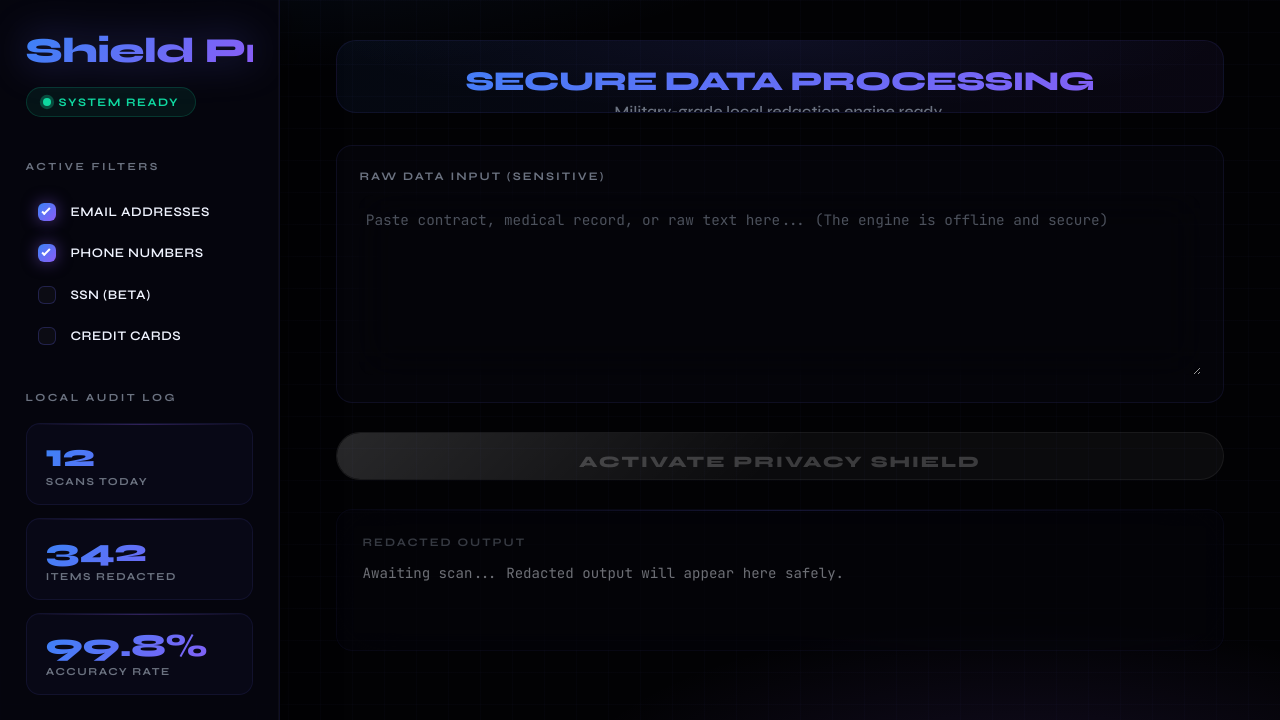
Repository: rrslt6d3/aditya-privacy-shield
Page: /
These files come from the project's save history. The page is drawn as it stood at one moment and after the next save; the edit follows.
The browser window is 1280 px wide. The pictures show the whole page.
The project was rebuilt for these pictures with package versions that can differ from the ones it lists, and the page was loaded fresh each time. Also part of the build but not shown: vite.config.ts.

Above is the page before, as saved 2026-02-22 19:00:55.

After the next save:
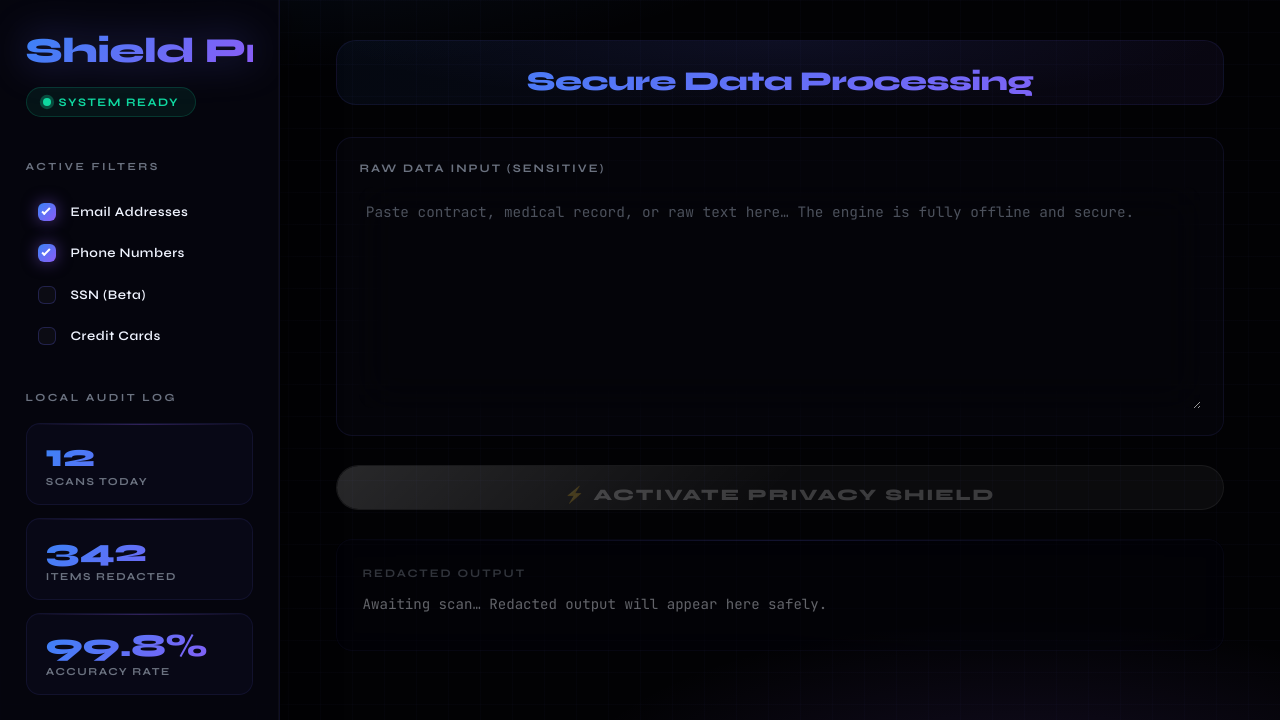
Saved 63 s later.
--- a/src/App.tsx
+++ b/src/App.tsx
@@ -13,9 +13,11 @@
     if (this.state.hasError) {
       return (
         <div className="enterprise-layout" style={{ justifyContent: 'center', alignItems: 'center' }}>
-          <div className="panel" style={{ textAlign: 'center', padding: '3rem', background: 'rgba(255,0,0,0.1)', border: '1px solid red' }}>
-            <h2 style={{color: 'red'}}>System Critical Error</h2>
-            <button className="glow-button" onClick={() => this.setState({ hasError: false })} style={{background: 'red'}}>Reboot Engine</button>
+          <div style={{ textAlign: 'center', padding: '3rem', background: 'rgba(248,113,113,0.08)', border: '1px solid rgba(248,113,113,0.3)', borderRadius: 20 }}>
+            <h2 style={{ color: '#f87171', marginBottom: '1.5rem' }}>System Critical Error</h2>
+            <button className="glow-button" onClick={() => this.setState({ hasError: false })} style={{ background: 'linear-gradient(135deg,#ef4444,#b91c1c)', width: 'auto', padding: '0.8rem 2rem' }}>
+              Reboot Engine
+            </button>
           </div>
         </div>
       );
@@ -28,15 +30,9 @@
   const [text, setText] = useState("");
   const [secureText, setSecureText] = useState("");
   const [status, setStatus] = useState("SYSTEM READY");
-
   const [isScanning, setIsScanning] = useState(false);
   const [metrics, setMetrics] = useState({ files: 12, points: 342, accuracy: 99.8 });
-  const [toggles, setToggles] = useState({
-    email: true,
-    phone: true,
-    ssn: false,
-    cc: false
-  });
+  const [toggles, setToggles] = useState({ email: true, phone: true, ssn: false, cc: false });
 
   const handleToggle = (key: keyof typeof toggles) => {
     setToggles(prev => ({ ...prev, [key]: !prev[key] }));
@@ -45,12 +41,11 @@
   const generateCompliancePDF = () => {
     const doc = new jsPDF();
     const currentDate = new Date().toLocaleString();
-
     const auditHash = Array.from(crypto.getRandomValues(new Uint8Array(32)))
       .map(b => b.toString(16).padStart(2, '0')).join('');
 
     doc.setFontSize(22);
-    doc.setTextColor(0, 85, 255); // Deep Electric Blue
+    doc.setTextColor(59, 130, 246);
     doc.text("COMPLIANCE AUDIT CERTIFICATE", 20, 30);
 
     doc.setFontSize(12);
@@ -105,71 +100,67 @@
 
   return (
     <div className="enterprise-layout">
+      {/* ── SIDEBAR ── */}
       <aside className="sidebar">
         <div className="brand-zone">
           <h1>Shield Pro</h1>
           <div className="status-badge">
-            <span className="pulse-dot"></span> {status}
+            <span className="pulse-dot"></span>
+            {status}
           </div>
         </div>
 
         <div className="sidebar-section">
-          <h3>ACTIVE FILTERS</h3>
+          <h3>Active Filters</h3>
           <div className="toggle-list">
-            <label className="custom-checkbox">
-              <input type="checkbox" checked={toggles.email} onChange={() => handleToggle('email')} />
-              <span className="checkmark"></span>
-              EMAIL ADDRESSES
-            </label>
-            <label className="custom-checkbox">
-              <input type="checkbox" checked={toggles.phone} onChange={() => handleToggle('phone')} />
-              <span className="checkmark"></span>
-              PHONE NUMBERS
-            </label>
-            <label className="custom-checkbox">
-              <input type="checkbox" checked={toggles.ssn} onChange={() => handleToggle('ssn')} />
-              <span className="checkmark"></span>
-              SSN (BETA)
-            </label>
-            <label className="custom-checkbox">
-              <input type="checkbox" checked={toggles.cc} onChange={() => handleToggle('cc')} />
-              <span className="checkmark"></span>
-              CREDIT CARDS
-            </label>
+            {[
+              { key: 'email' as const, label: 'Email Addresses' },
+              { key: 'phone' as const, label: 'Phone Numbers' },
+              { key: 'ssn'   as const, label: 'SSN (Beta)' },
+              { key: 'cc'    as const, label: 'Credit Cards' },
+            ].map(({ key, label }) => (
+              <label key={key} className="custom-checkbox">
+                <input type="checkbox" checked={toggles[key]} onChange={() => handleToggle(key)} />
+                <span className="checkmark"></span>
+                {label}
+              </label>
+            ))}
           </div>
         </div>
 
         <div className="sidebar-section audit-log">
-          <h3>LOCAL AUDIT LOG</h3>
+          <h3>Local Audit Log</h3>
           <div className="metric-card">
             <span className="metric-value">{metrics.files}</span>
-            <span className="metric-name">SCANS TODAY</span>
+            <span className="metric-name">Scans Today</span>
           </div>
           <div className="metric-card">
             <span className="metric-value">{metrics.points}</span>
-            <span className="metric-name">ITEMS REDACTED</span>
+            <span className="metric-name">Items Redacted</span>
           </div>
           <div className="metric-card">
             <span className="metric-value">{metrics.accuracy}%</span>
-            <span className="metric-name">ACCURACY RATE</span>
+            <span className="metric-name">Accuracy Rate</span>
           </div>
         </div>
       </aside>
 
+      {/* ── MAIN WORKSPACE ── */}
       <main className="main-workspace">
         <div className="panel intro-panel">
-          <h2 className="panel-title">SECURE DATA PROCESSING</h2>
-          <p className="panel-subtitle">Military-grade local redaction engine ready.</p>
+          <h2 className="panel-title">Secure Data Processing</h2>
+          <p className="panel-subtitle">Military-grade local redaction engine · Zero data leaves your device</p>
         </div>
 
         <div className="panel input-panel">
-          <label className="section-label">RAW DATA INPUT (SENSITIVE)</label>
+          <label className="section-label">Raw Data Input (Sensitive)</label>
           <textarea
             className="code-font"
-            placeholder="Paste contract, medical record, or raw text here... (The engine is offline and secure)"
+            placeholder="Paste contract, medical record, or raw text here… The engine is fully offline and secure."
             value={text}
             onChange={(e) => setText(e.target.value)}
             disabled={isScanning}
+            rows={8}
           />
         </div>
 
@@ -178,13 +169,16 @@
           className={`glow-button ${isScanning ? 'scanning' : ''}`}
           disabled={isScanning || !text.trim()}
         >
-          {isScanning ? `ENCRYPTING DATA...` : "ACTIVATE PRIVACY SHIELD"}
+          {isScanning ? '⟳  Encrypting Data…' : '⚡  Activate Privacy Shield'}
         </button>
 
-        <div className="panel result-panel fade-in" style={{ opacity: secureText ? 1 : 0.5, pointerEvents: secureText ? 'all' : 'none' }}>
-          <label className="section-label">REDACTED OUTPUT</label>
+        <div
+          className="panel result-panel fade-in"
+          style={{ opacity: secureText ? 1 : 0.45, pointerEvents: secureText ? 'all' : 'none' }}
+        >
+          <label className="section-label">Redacted Output</label>
           <div className="output code-font">
-            {secureText || "Awaiting scan... Redacted output will appear here safely."}
+            {secureText || "Awaiting scan… Redacted output will appear here safely."}
           </div>
 
           <div className="action-row" style={{ visibility: secureText ? 'visible' : 'hidden' }}>
